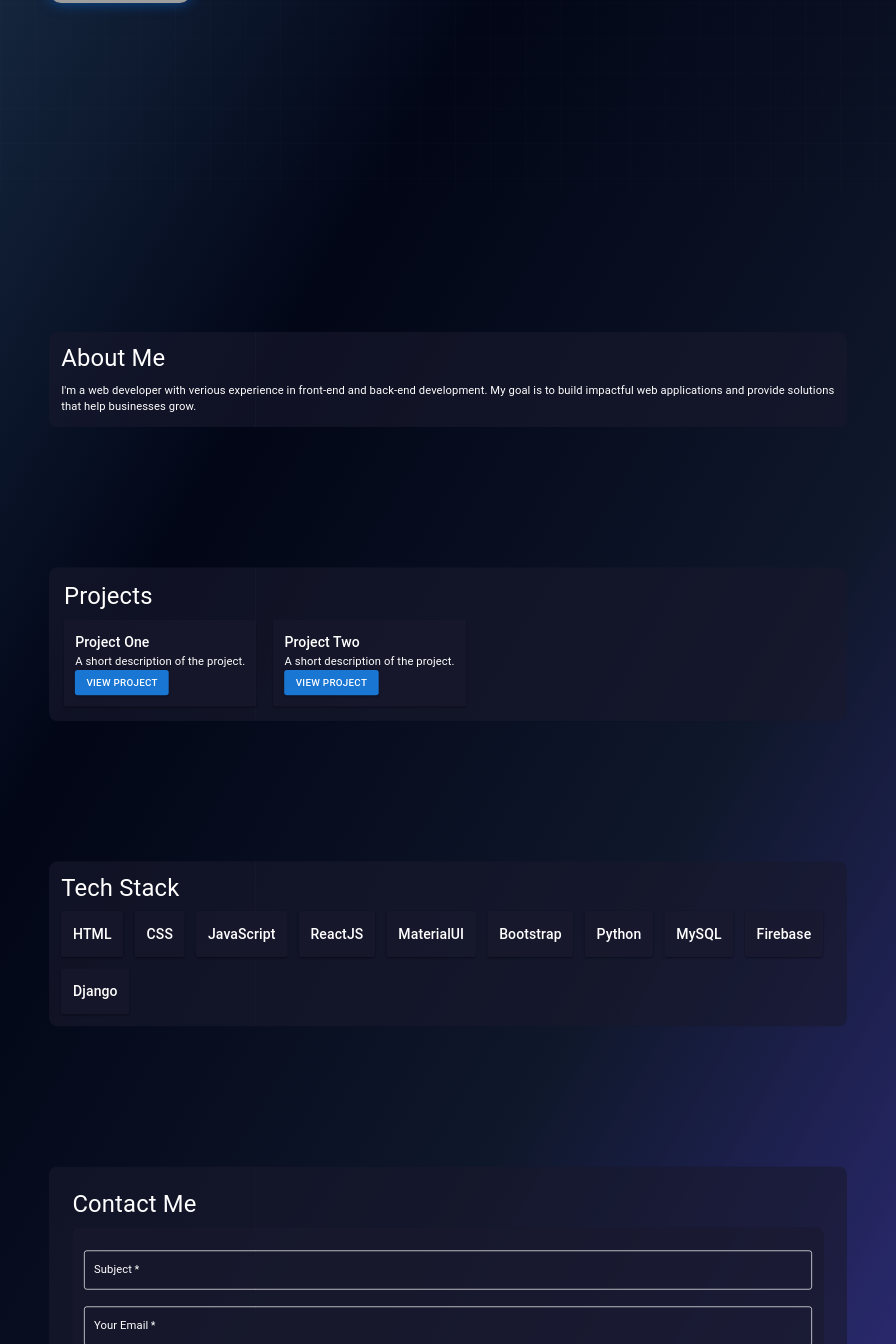
Repository: mikeshadowcoder/myWeb
Page: /
These files come from the project's save history. The page is drawn as it stood at one moment and after the next save; the edit follows.
The browser window is 1280 px wide. The pictures show the part of the page from y = 445 to 2365 px (the page is 2761 px tall), at 70% of full size.
Pictures or frames that could not be fetched are drawn as grey boxes. The project was rebuilt for these pictures with package versions that can differ from the ones it lists, and the page was loaded fresh each time.

Above is the page before, as saved 2026-01-22 21:08:27.

### src/index.js
import React from 'react';
import ReactDOM from 'react-dom/client';
import './index.css';
import App from './App';
import 'bootstrap/dist/css/bootstrap.min.css';
import "./styles/global.css";

const root = ReactDOM.createRoot(document.getElementById('root'));
root.render(
  <React.StrictMode>
    <App />
  </React.StrictMode>
);

### src/App.js
import React, {useRef} from 'react';
//import { BrowserRouter as Router, Route, Routes } from 'react-router-dom';
import Header from './components/Header';
import Home from './components/Home';
import AboutMe from './components/AboutMe';
import Content from './components/Content';
import Skills from './components/Skills';
import Contact from './components/Contact';
import Footer from './components/Footer';
import Box from '@mui/material/Box';
import BackgroundShapes from './components/BackgroundShapes'


const App = () => {
  const homeRef = useRef(null);
  const aboutRef = useRef(null);
  const contentRef = useRef(null);
  const skillsRef = useRef(null);
  const contactRef = useRef(null);

  // Function to handle smooth scrolling
  const scrollToSection = (ref) => {
    const headerOffset = 200; // Adjust based on your AppBar height (default MUI AppBar is ~64px)
    const elementPosition = ref.current.getBoundingClientRect().top + window.scrollY;
    const offsetPosition = elementPosition - headerOffset;

    window.scrollTo({
      top: offsetPosition,
      behavior: "smooth",
    });
  };


  return (
    <div>
      {/* Pass the scroll function to Header for navigation */}
      <BackgroundShapes/>
      <Header
        onScrollToSection={{
          home: () => scrollToSection(homeRef),
          about: () => scrollToSection(aboutRef),
          content: () => scrollToSection(contentRef),
          skills: () => scrollToSection(skillsRef),
          contact: () => scrollToSection(contactRef),
        }}
      />
      <Box sx={{
        maxWidth: "89%",
        margin: "auto",
        // border: "2px solid red"
      }}>
       {/* Sections with attached refs */}
      <section ref={homeRef}>
        <Home />
      </section>

       <section ref={aboutRef}>
        <AboutMe />
      </section>

      <section ref={contentRef}>
        <Content />
      </section>

      <section ref={skillsRef}>
        <Skills />
      </section>

      <section ref={contactRef}>
        <Contact />
      </section>
      </Box>
      <section>
        <Footer/>
      </section>
    </div>
  );
};

export default App;

### src/styles/global.css
body {
    min-height: 100vh;
    background:
      linear-gradient(120deg, #1b314b, #020617,  #0f172a, #312e81);
    background-size: 100% 100%;
    color: white;
    margin: 0;
    padding: 0;
    font-family: 'Arial', sans-serif;
  }


.gradient-text {
  background: linear-gradient(90deg, rgb(50, 182, 230), rgb(138, 43, 226)); /* Customize here */
  -webkit-background-clip: text;
  background-clip: text;
  -webkit-text-fill-color: transparent;
  color: transparent;
}

### src/components/Header.js
import React from 'react';
import { AppBar, Toolbar, Typography, Button } from '@mui/material';
import "../styles/header.css";
//import { Link } from 'react-router-dom';

const Header = ({onScrollToSection}) => {
  return (
    <AppBar className="header">
      <Toolbar>
        <Typography variant="h6" sx={{flexGrow:1}}>
          Christian Rex
        </Typography>
        <Button color="inherit" onClick={onScrollToSection.home}>Home</Button>
        <Button color="inherit" onClick={onScrollToSection.about}>About</Button>
        <Button color="inherit" onClick={onScrollToSection.content}>Projects</Button>
        <Button color="inherit" onClick={onScrollToSection.skills}>Skills</Button>
        <Button color="inherit" onClick={onScrollToSection.contact}>Contact</Button>
      </Toolbar>
    </AppBar>
  )
};

export default Header;

### src/components/Home.js
import React from "react";
import { Box, Typography, Button } from "@mui/material";
import LinkedInIcon from "@mui/icons-material/LinkedIn";
import GitHubIcon from "@mui/icons-material/GitHub";
// import FacebookIcon from "@mui/icons-material/Facebook";
import profilePic from "../assets/images/profilePic.jpg";

const Home = () => {
  return (
    <Box
      sx={{
        display: "flex",
        alignItems: "center",
        justifyContent: "center",
        minHeight: "100vh",
        color: "white",
        width: "100%",
        textAlign: "center",
      }}
    >
      <Box
        sx={{
          display: "flex",
          alignItems: "center",
          gap: "20px", // Space between image and text
          flexWrap: "wrap", // Ensures responsiveness
        }}
      >
      {/* Profile Image */}
      <Box
        component="img"
        src={profilePic} //Profile Picture
        alt="Profile"
        sx={{
          width: "200px",
          height: "200px",
          borderRadius: "15px",
          boxShadow: "0 0 20px rgba(0, 123, 255, 0.5)",
          marginBottom: "20px",
          objectFit: "cover"
        }}
      />

      {/* Text Section */}
      <Box sx={{ textAlign: "left"}}>
        <Typography variant="h2">
          My name's {" "}
          <Typography variant="h2" component="span" className="gradient-text" sx={{ fontWeight: "bold" }}>Christian Rex Omongos</Typography>
        </Typography>

        <Typography variant="h6" sx={{ marginBottom: "10px", opacity: 0.8 }}>
          Web Developer
        </Typography>

        {/* Social Media Icons */}
        <Box sx={{ display: "flex",}}>
          <Button href="https://linkedin.com/in/christianrex/" target="_blank" sx={{ color: "white", minWidth: 0, padding: 0 }}>
            <LinkedInIcon fontSize="large" />
          </Button>
          <Button href="https://github.com/mikeshadowcoder" target="_blank" sx={{ color: "white", minWidth: 0, padding: 0 }}>
            <GitHubIcon fontSize="large" />
          </Button>
        </Box>
      </Box>
    </Box>
  </Box>
  );
};

export default Home;

### src/components/AboutMe.js
import React from 'react';
import { Typography, Box } from '@mui/material';
import "../styles/boxStyling.css"

const AboutMe = () => {

  return (
    <Box sx={{ mt: 25, mb: 25, width: "100%" }}>
      <Box className="box-container">
        <Typography variant="h4" gutterBottom>About Me</Typography>
          <Typography>
            I'm a web developer with verious experience in front-end and back-end development.
            My goal is to build impactful web applications and provide solutions that
            help businesses grow.
          </Typography>
      </Box>
    </Box>
  );
};

export default AboutMe;

### src/components/Content.js
import React from 'react';
import { Grid2, Paper, Typography, Button, Box } from '@mui/material';
// import MacWindowHeader from './UI/MacWindowHeader';
import "../styles/boxStyling.css";

const Content = () => {
  const projects = [
    {
      title: 'Project One',
      description: 'A short description of the project.',
      link: 'https://github.com/your-repo/project-one',
    },
    {
      title: 'Project Two',
      description: 'A short description of the project.',
      link: 'https://github.com/your-repo/project-two',
    },
    // Add more projects here
  ];

  return (
  <Box>
    {/* <MacWindowHeader/> */}
    <Box className='box-container' sx={{ padding: "20px"}}>

        <Typography variant="h4" gutterBottom>Projects</Typography>
        <Grid2 container spacing={3}>
          {projects.map((project, index) => (
            <Grid2 item xs={12} sm={6} key={index}>
              <Paper className='container' sx={{ padding: 2, bgcolor: 'rgba(26, 26, 46, 0.6)', color: 'rgba(255, 255, 255, 1)'}}>
                <Typography variant="h6">{project.title}</Typography>
                <Typography>{project.description}</Typography>
                <Button variant="contained" href={project.link} target="_blank">
                  View Project
                </Button>
              </Paper>
            </Grid2>
          ))}
        </Grid2>

    </Box>
  </Box>
  );
};

export default Content;

### src/components/Skills.js
import React from 'react';
import { Grid2, Paper, Typography, Box } from '@mui/material';
import "../styles/boxStyling.css"

const Skills = () => {
  const skills = ['HTML', 'CSS', 'JavaScript', 'ReactJS', 'MaterialUI', 'Bootstrap', 'Python', 'MySQL', 'Firebase', 'Django'];

  return (
    <Box className="box-container" sx={{ mt: 25, width: "100%", }}>
      <Typography variant="h4" gutterBottom >Tech Stack</Typography>
      <Box> {/* REDUNDANT might remove later*/}
      <Grid2 container spacing={2} >
        {skills.map((skill, index) => (
          <Grid2 item xs={12} sm={6} md={4} key={index}>
            <Paper className="box-container" sx={{ padding: 2, textAlign: 'center', bgcolor: 'rgba(26, 26, 46, 0.6)', color: 'rgba(255, 255, 255, 1)' }}>
              <Typography variant="h6">{skill}</Typography>
            </Paper>
          </Grid2>
        ))}
      </Grid2>
      </Box>

    </Box>
  );
};

export default Skills;

### src/components/Contact.js
import React, { useState } from 'react';
import { Typography, TextField, Button, Box, Alert } from '@mui/material';
import "../styles/boxStyling.css"

const Contact = () => {
  const [success, setSuccess] = useState(false);
  const [error, setError] = useState(false);

  const handleSubmit = async (event) => {
    event.preventDefault();
    setError(false);
    setSuccess(false);

    const formData = new FormData(event.target);

    try {
      const response = await fetch("https://formsubmit.co/bufferingupbruh1994@gmail.com", {
        method: "POST",
        body: formData,
      });

      if (response.ok) {
        setSuccess(true);
        event.target.reset(); // Reset the form after success
        setTimeout(() => setSuccess(false), 5000);
      } else {
        setError(true);
        setTimeout(() => setError(false), 5000);

      }
    } catch (err) {
      setError(true);
      setTimeout(() => setError(false), 5000);
    }
  }


  return (
    <Box className="box-container" sx={{p: 4, mt: 25, mb: 10}}>
      <Typography variant="h4" gutterBottom>Contact Me</Typography>
      <Box className="box-container" >
        {/* Success Message */}
        {success && <Alert severity="success">Message sent</Alert>}
        {error && <Alert severity="error">Failed to send message. Please try again.</Alert>}
        <form onSubmit={handleSubmit}>

          <input type="hidden" name="_captcha" value="false" />

          {/*Subject*/}
          <TextField
          label="Subject"
          name="Subject"
          fullWidth
          margin="normal"
          required
          slotProps={{inputLabel: { style: { color: "white" } } }} // Make label white
          sx={{
            input: { color: "white" },
            "& .MuiOutlinedInput-root": {
              "& fieldset": { borderColor: "white" }, // Border color
              "&:hover fieldset": { borderColor: "#ccc" }, // Hover effect
              },
            }}
          />

          {/*Email*/}
          <TextField label="Your Email"
          name="Email"
          type="email"
          fullWidth
          margin="normal"
          required
          slotProps={{inputLabel: { style: { color: "white" } } }} // Make label white
          sx={{
            input: { color: "white" },
            "& .MuiOutlinedInput-root": {
              "& fieldset": { borderColor: "white" }, // Border color
              "&:hover fieldset": { borderColor: "#ccc" }, // Hover effect
              },
            }}
          />

          {/*Message*/}
          <TextField label="Your Message"
          name="Message"
          fullWidth
          multiline
          rows={4}
          margin="normal"
          slotProps={{inputLabel: { style: { color: "white" } } }} // Make label white
          sx={{
            "& textarea": {color: "white"},
            "& .MuiOutlinedInput-root": {
              "& fieldset": { borderColor: "white" }, // Border color
              "&:hover fieldset": { borderColor: "#ccc" }, // Hover effect
              },
            }}
          />
          <Button type="submit" variant="contained" sx={{ mt: 2 }}>Send Message</Button>
        </form>
        </Box>
    </Box>
  );
};

export default Contact;

### src/components/Footer.js
import React from 'react';
import { Box, Typography } from "@mui/material";


const Footer = () => {
    return (
        <Box
            sx={{
                width: "100%",
                color: "white",
                textAlign: "center",
                mt: 4,
                mb: 2,
                borderTop: "1px solid rgba(255, 255, 255, 0.08)",
                pt: 2,
            }}
        >
            <Typography variant="body2" sx={{ color: " rgba(255, 255, 255, 0.5) "}}>
                © {new Date().getFullYear()} Christain Rex Omongos. All Rights Reserved.
            </Typography>
        </Box>
    )
}

export default Footer;

### src/components/BackgroundShapes.js
import React from "react";
import "../styles/background.css"; // Import styles

const BackgroundShapes = () => {
  return (
    <>
    <div className="grid-container">
      {/* <svg class="bg" viewBox="0 0 100 100" preserveAspectRatio="xMidYMid slice">
        <defs>
          <linearGradient id="g1">
            <stop offset="0%" stop-color="#7c3aed"/>
            <stop offset="100%" stop-color="#22d3ee"/>
          </linearGradient>
        </defs>
        <circle cx="30" cy="40" r="35" fill="url(#g1)" opacity="0.25" />
      </svg> */}
      <div className="gradient-blobs" />
    </div>
    </>
  );
};

export default BackgroundShapes;

### src/styles/header.css
.header {
  position: sticky;
  scroll-behavior: smooth;
  background-color: rgba(5, 19, 35, .4) !important;
  backdrop-filter: blur(80px);
  color: #ffffff !important;
  /* z-index: 1200 !important; */
  overflow: hidden;
}

### src/styles/boxStyling.css
.box-container {
    width: 100%;
    /* height: 400px; */
    padding: 16px;
    border-radius: 12px;
    border: 1px solid transparent;
    /* background: linear-gradient(to bottom right, rgba(26, 26, 46, 0.6), rgba(22, 33, 62, 0.6)); */
    background: rgba( 26, 26, 46, 0.6);
    transition: border 0.3s ease-in-out, box-shadow 0.3s ease-in-out;
  }

  .box-container:hover {
    border: 1px solid #3b82f6;
    box-shadow: 0px 0px 10px rgba(59, 130, 246, 0.5);
  }

  /* .test {
    color: rgb(99, 102, 241);
    background-image: linear-gradient(45deg, rgb(99, 102, 241) 10%, rgb(168, 85, 247) 93%);
    background-clip: text;
    -webkit-text-fill-color: transparent;
    font-weight: 800 !important;
  } */

### src/styles/background.css
/* Background Shapes and Grid Overlay */
.grid-container{
  position: fixed;
  top: 0;
  left: 0;
  width: 100%;
  height: 100%;
  background-image:
    linear-gradient(rgba(255, 255, 255, 0.04) 1px, transparent 1px),
    linear-gradient(90deg, rgba(255, 255, 255, 0.04) 1px, transparent 1px);
  background-size: 25px 25px; /* Grid spacing */
  opacity: 0.3;
  z-index: -1;
  pointer-events: none;
}

Loaded but not shown: public/index.html (common file); src/index.css (common file)

After the next save:
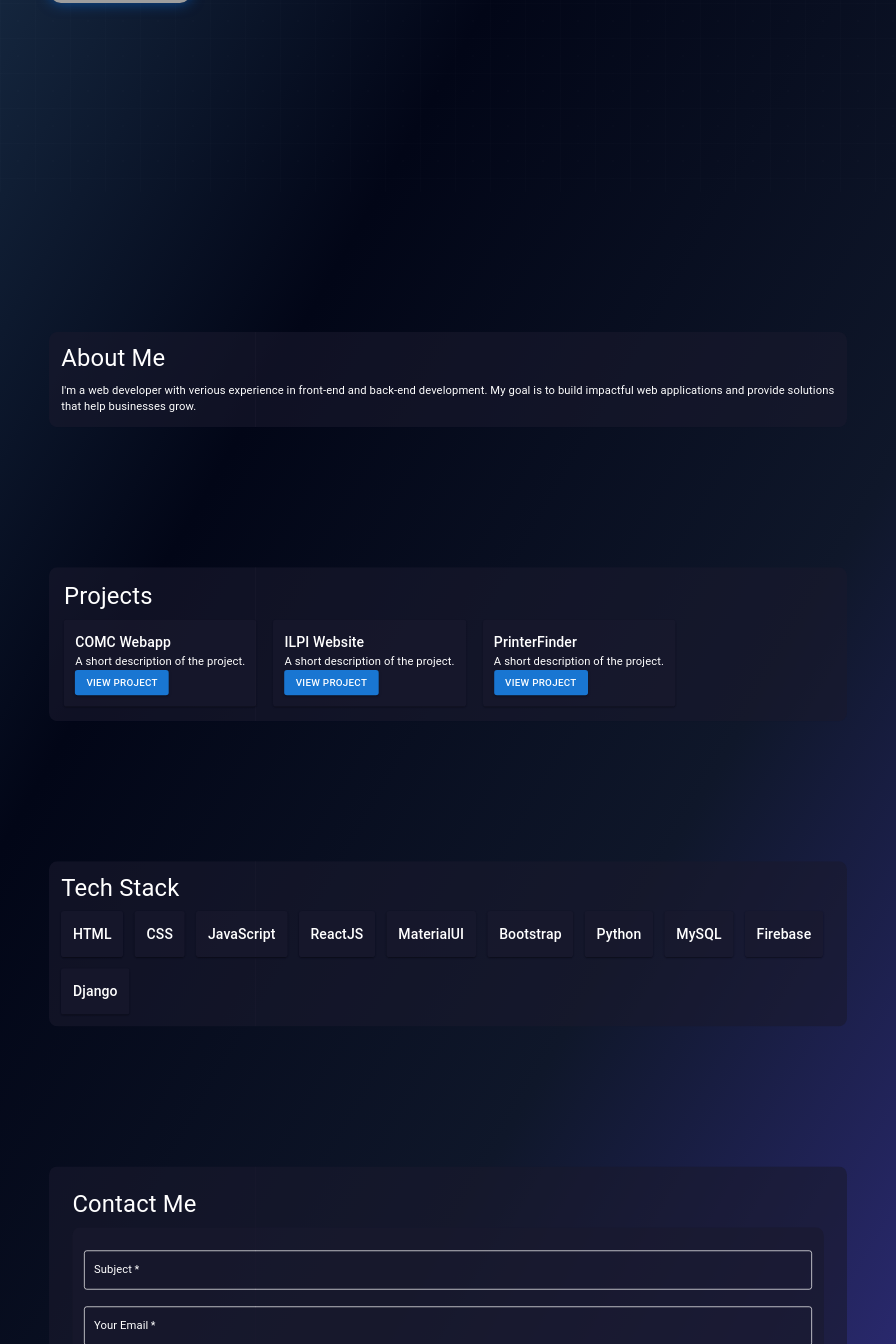
Saved 12 days later.
--- a/src/components/Content.js
+++ b/src/components/Content.js
@@ -6,14 +6,19 @@
 const Content = () => {
   const projects = [
     {
-      title: 'Project One',
+      title: 'COMC Webapp',
       description: 'A short description of the project.',
       link: 'https://github.com/your-repo/project-one',
     },
     {
-      title: 'Project Two',
+      title: 'ILPI Website',
       description: 'A short description of the project.',
       link: 'https://github.com/your-repo/project-two',
+    },
+    {
+      title: 'PrinterFinder',
+      description: 'A short description of the project.',
+      link: 'https://github.com/your-repo/project-three',
     },
     // Add more projects here
   ];
